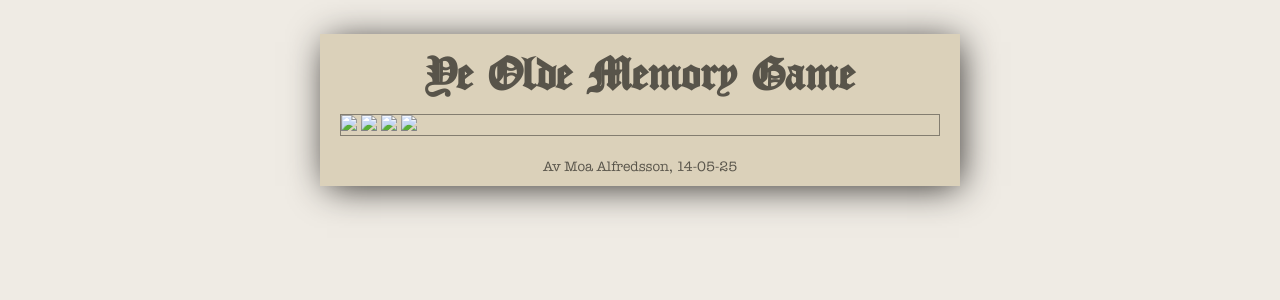
Repository: ma223md/1dv403-laborationer
Page: 3-gameon/memory/index.html
The author's editor kept a record of every edit. The page is drawn from the files as they stood at one moment, then again after the next edit.
The browser window is 1280 px wide. The pictures show the whole page.

Above is the page before.
Console error: TypeError: Cannot read properties of undefined (reading '1')
Not found: 3-gameon/memory/pics/memory_1.png
Not found: 3-gameon/memory/pics/memory_2.png
Not found: 3-gameon/memory/pics/memory_3.png

After the next edit:
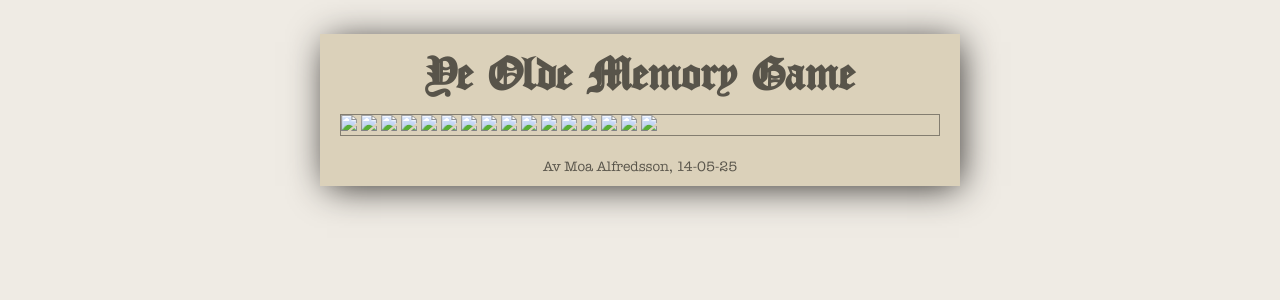
Not found: 3-gameon/memory/pics/memory_5.png
Not found: 3-gameon/memory/pics/memory_6.png
Not found: 3-gameon/memory/pics/memory_7.png
The edit:
--- a/3-gameon/memory/index.html
+++ b/3-gameon/memory/index.html
@@ -16,10 +16,22 @@
 
             <main>
                 <div id="memoryboard">
-                    <img src="pics/memory_1.png" width="150px">
-                    <img src="pics/memory_2.png" width="150px">
-                    <img src="pics/memory_3.png" width="150px">
-                    <img src="pics/memory_4.png" width="150px">
+                    <img src="pics/memory_1.png" width="140px">
+                    <img src="pics/memory_2.png" width="140px">
+                    <img src="pics/memory_3.png" width="140px">
+                    <img src="pics/memory_4.png" width="140px">
+                    <img src="pics/memory_5.png" width="140px">
+                    <img src="pics/memory_6.png" width="140px">
+                    <img src="pics/memory_7.png" width="140px">
+                    <img src="pics/memory_8.png" width="140px">
+                    <img src="pics/memory_1.png" width="140px">
+                    <img src="pics/memory_2.png" width="140px">
+                    <img src="pics/memory_3.png" width="140px">
+                    <img src="pics/memory_4.png" width="140px">
+                    <img src="pics/memory_5.png" width="140px">
+                    <img src="pics/memory_6.png" width="140px">
+                    <img src="pics/memory_7.png" width="140px">
+                    <img src="pics/memory_8.png" width="140px">
                 </div>
             </main>
 
